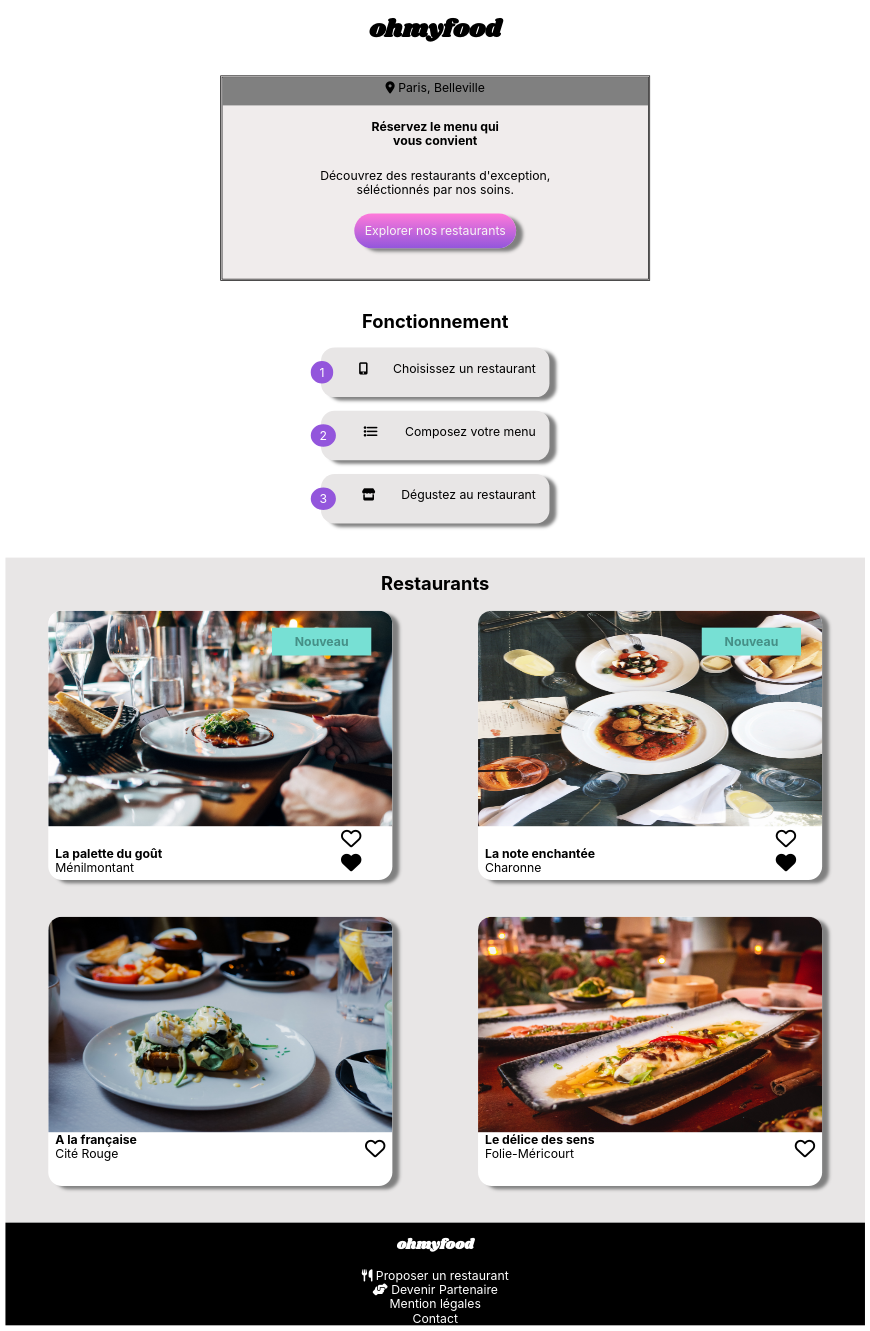
Repository: yacinebouk/ohmyfood
Page: index.html
The author's editor kept a copy of each file at every save. The page is drawn from the files as they stood at one save, then again after the next save.
The browser window is 1280 px wide. The pictures show the whole page, at 68% of full size.
Some web libraries are served in a nearby version. The style sheet was rebuilt from its Sass, Less or Tailwind sources for each picture, by a compiler version that may differ from the author's.

Above is the page before, as saved 2022-07-07 14:25:46.

### index.html
<!DOCTYPE html>
<html lang="fr">

<head>
    <script src="https://kit.fontawesome.com/225bbe1e2d.js" crossorigin="anonymous"></script>
    <meta charset="utf-8" />
    <title>ohmyfood</title>
    <link rel="stylesheet" href="css/styles.css" />
    <meta name="viewport" content="width=device-width, initial-scale=1">

</head>

<body>
    <div class="hide">
        <div class="loader"></div>
    </div>
    <main>
        <header>
            <h1 class="Tittle">ohmyfood</h1>
            <div class="search">
                <div class="town"> <span><i class="fa-solid fa-location-dot"></i></span> Paris, Belleville</div>
                <div class="reservation"> <b> Réservez le menu qui <br> vous convient</b> </div>
                <div class="discover">Découvrez des restaurants d'exception, <br> séléctionnés par nos soins.</div>
                <div class="explore">
                    <span class="explore-text">Explorer nos restaurants</span>
                </div>
            </div>
        </header>
        <section class="section-working">
            <div class="working">
                <h2>Fonctionnement</h2>
                <div class="choose">
                    <div class="number">1</div>
                    <div class="logo-work"> <i class="fa-solid fa-mobile-screen-button"></i></div>
                    <div class="text-work"> Choisissez un restaurant</div>
                </div>
                <div class="compose">
                    <div class="number">2</div>
                    <div class="logo-work"><i class="fa-solid fa-ellipsis-vertical"><i class="fa-solid fa-bars"></i></i>
                    </div>
                    <div class="text-work"> Composez votre menu</div>
                </div>
                <div class="taste">
                    <div class="number">3</div>
                    <div class="logo-work"><i class="fa-solid fa-store"></i>
                    </div>
                    <div class="text-work"> Dégustez au restaurant</div>
                </div>
            </div>
        </section>
        <section class="section-restaurant">
            <div class="restaurant">
                <h2>Restaurants</h2>
                <div class="block-restaurant">
                    <div class="border-restaurant">
                        <div class="block-picture">
                            <div class="new"><b>Nouveau</b></div>
                            <div class="picture-restaurant"> <img src="./images/restaurants/jay-wennington-N_Y88TWmGwA-unsplash.jpg" style="height:100%;width: 100%" alt="Ohmyfood"></div>
                        </div>
                        <div class="block-text">
                            <div class="text">
                                <a href="./palette.html">
                                    <div class="title-restaurant"><b> La palette du goût</b>
                                    </div>
                                    <div class="place-restaurant"> Ménilmontant</div>
                                </a>
                            </div>
                            <div class="heart">
                                <span class="heart-regular"><i class="fa-regular fa-heart"></i></span>
                                <span class="heart solid"><i class="fa-solid fa-heart"></i></span>
                            </div>
                        </div>
                    </div>
                    <div class="border-restaurant">
                        <div class="block-picture">
                            <div class="new"><b>Nouveau</b></div>
                            <div class="picture-restaurant"> <img src="./images/restaurants/stil-u2Lp8tXIcjw-unsplash.jpg" style="height:100%;width: 100%" alt="Ohmyfood"></div>
                        </div>
                        <div class="block-text">
                            <div class="text">
                                <a href="./noteenchanté.html">
                                    <div class="title-restaurant"><b> La note enchantée</b>
                                    </div>
                                    <div class="place-restaurant"> Charonne</div>
                                </a>
                            </div>
                            <div class="heart">
                                <span class="heart-regular"><i class="fa-regular fa-heart"></i></span>
                                <span class="herat solid"><i class="fa-solid fa-heart"></i></span>
                            </div>
                        </div>
                    </div>
                    <div class="border-restaurant">
                        <div class="block-picture">
                            <div class="picture-restaurant"> <img src="./images/restaurants/toa-heftiba-DQKerTsQwi0-unsplash.jpg" style="height:100%;width: 100%" alt="Ohmyfood"></div>
                        </div>
                        <div class="block-text">
                            <div class="text">
                                <a href="./francaise.html">
                                    <div class="title-restaurant"><b>A la française</b>
                                    </div>
                                    <div class="place-restaurant"> Cité Rouge</div>
                                </a>
                            </div>
                            <div class="heart">
                                <span class="heart-solid"><i class="fa-regular fa-heart gradient"></i></span>
                            </div>
                        </div>
                    </div>
                    <div class="border-restaurant">
                        <div class="block-picture">
                            <div class="picture-restaurant"> <img src="./images/restaurants/louis-hansel-shotsoflouis-qNBGVyOCY8Q-unsplash.jpg" style="height:100%;width: 100%" alt="Ohmyfood"></div>
                        </div>
                        <div class="block-text">
                            <div class="text">
                                <a href="./ledélice.html">
                                    <div class="title-restaurant"><b>Le délice des sens</b></div>
                                    <div class="place-restaurant">Folie-Méricourt</div>
                                </a>
                            </div>
                            <div class="heart">
                                <span class="heart-solid"><i class="fa-regular fa-heart gradient"></i></span>
                            </div>
                        </div>
                    </div>
                </div>
            </div>
        </section>
        <footer>
            <div class="frame-end">
                <h3 class="little-tittle">ohmyfood </h3>
                <div class="end">
                    <div class="propose"> <i class="fa-solid fa-utensils"></i> Proposer un restaurant</div>
                    <div class="partner"> <i class="fa-solid fa-handshake-angle"></i> Devenir Partenaire</div>
                    <div class="mention">Mention légales</div>
                    <div class="contact">
                        <a href="mailto:yacineboukhari@hotmail.com">Contact</a></div>
                </div>
            </div>
        </footer>
    </main>
</body>

### style/styles.scss
            main {
                font-size: 18px;
                font-family: -apple-system, BlinkMacSystemFont, 'Segoe UI', Roboto, Oxygen, Ubuntu, Cantarell, 'Open Sans', 'Helvetica Neue', sans-serif;
            }

            @font-face {
                font-family: 'Shrikhand';
                src: url('../language/Shrikhand-Regular.otf');
            }

            h1 {
                font-family: 'Shrikhand';
            }

            h3 {
                font-family: 'Shrikhand';
            }

            h2 {
                text-align: center;
            }

            header {
                text-align: center;
            }

            @mixin shadow {
                box-shadow: grey 10px 5px 5px;
            }

            @mixin block {
                display: flex;
                flex-direction: row;
                justify-content: space-between;
                padding-bottom: 40px;
                @include shadow;
                background-color: rgb(232, 230, 230);
                border-radius: 20px 20px;
                padding: 20px 20px 20px 0px;
                width: 25%;
                margin: auto;
            }

            .logo-img {
                padding-bottom: 20px;
            }

            .search {
                border: double;
                margin-left: 25%;
                margin-right: 25%;
                background-color: rgb(240, 236, 236);
                padding-bottom: 20px;
            }

            .town {
                padding-bottom: 15px;
                border-bottom: lightgray 2px;
                padding-top: 5px;
                background-color: grey;
            }

            .reservation {
                padding-top: 20px;
                padding-bottom: 30px
            }

            .discover {
                padding-bottom: 40px;
            }

            .explore {
                padding-bottom: 40px;
            }

            .explore span {
                @include shadow;
                background: linear-gradient(#FF79DA, #9356DC);
                border-radius: 50px 50px;
                padding: 15px;
                color: #f6f6f6;
            }

            .working {
                padding-top: 20px;
                display: flex;
                justify-content: center;
                flex-direction: column;
            }

            .number {
                border: #9356DC solid;
                border-radius: 50%;
                background-color: #9356DC;
                padding: 3px 10px 3px 10px;
                color: white;
                margin-left: -15px;
            }

            .choose {
                @include block;
                margin-bottom: 20px;
                &:hover {
                    .logo-work {
                        color: #9356DC;
                    }
                    background-color: #d8cee4;
                }
            }

            .compose {
                @include block;
                margin-bottom: 20px;
                &:hover {
                    .logo-work {
                        color: #9356DC;
                    }
                    background-color: #d8cee4;
                }
            }

            .taste {
                @include block;
                margin-bottom: 50px;
                &:hover {
                    .logo-work {
                        color: #9356DC;
                    }
                    background-color: #d8cee4;
                }
            }

            .section-restaurant {
                display: flex;
                flex-direction: column;
                background-color: rgb(232, 230, 230);
            }

            h1 {
                text-align: center;
                padding-bottom: 20px;
            }

            .block-restaurant {
                display: flex;
                flex-wrap: wrap;
                height: 900px;
                width: 100%;
                justify-content: space-around;
            }

            .border-restaurant {
                width: 40%;
                height: 44%;
                overflow: hidden;
                @include shadow;
                background-color: white;
                border-radius: 20px 20px;
            }

            .picture-restaurant {
                height: 80%;
            }

            .text {
                padding-left: 10px;
                display: flex;
                flex-direction: column;
                width: 100%;
            }

            .text a {
                text-decoration: none black;
                color: black;
            }

            .block-text {
                display: flex;
                place-items: flex-end;
                justify-content: space-between;
            }

            .heart {
                font-size: 30px;
                margin-right: 10px;
                position: relative;
            }

            .gradient {
                cursor: pointer;
                &:visited {
                    -webkit-background-clip: text;
                    font-weight: 900;
                    background-image: linear-gradient(#9356DC, #FF79DA);
                    -webkit-text-fill-color: transparent;
                    animation: 3s colorin;
                }
            }

            @keyframes colorin {
                0% {
                    opacity: 0;
                }
                100% {
                    opacity: 1;
                }
            }

            @keyframes colorout {
                0% {
                    opacity: 1;
                }
                100% {
                    opacity: 0;
                }
            }

            @keyframes fadeIn {
                0% {
                    visibility: visible;
                    opacity: 1;
                }
                100% {
                    visibility: hidden;
                    opacity: 0;
                }
            }

            .loader {
                border: 10px solid #f3f3f3;
                border-top: 10px solid red;
                border-bottom: 10px solid blue;
                border-radius: 50%;
                width: 100px;
                height: 100px;
                margin: auto;
                position: absolute;
                top: 0;
                left: 0;
                right: 0;
                bottom: 0;
                -webkit-animation: spin 1.5s linear infinite;
                -o-animation: spin 1.5s linear infinite;
                animation: spin 1.5s linear infinite;
            }

            .hide {
                animation: 2s fadeIn;
                animation-fill-mode: forwards;
            }

            main {
                animation: 2s fadeOut;
            }

            @keyframes fadeOut {
                0% {
                    visibility: hidden;
                    opacity: 0;
                }
                100% {
                    visibility: visible;
                    opacity: 1;
                }
            }

            @keyframes fadeIn {
                0% {
                    visibility: visible;
                    opacity: 1;
                }
                100% {
                    visibility: hidden;
                    opacity: 0;
                }
            }

            @keyframes spin {
                0% {
                    transform: rotate(0deg);
                }
                100% {
                    transform: rotate(360deg);
                }
            }

            .frame-end {
                text-align: center;
                background-color: black;
                color: white;
                display: flex;
                flex-direction: column;
            }

            .little-picture {
                height: 20px;
            }

            .contact a {
                text-decoration: none white;
                color: white;
            }

            .block-picture {
                position: relative;
                height: 80%;
            }

            .picture-restaurant {
                height: 100%;
            }

            .new {
                color: rgb(69, 143, 134);
                background-color: rgb(119, 224, 212);
                width: 25%;
                position: absolute;
                text-align: center;
                margin-left: 65%;
                margin-top: 5%;
                padding: 10px;
            }

            @media screen and (min-width: 320px) and (max-width: 768px) {
                main {
                    font-size: 20px;
                }
                body {
                    margin: 0;
                    width: 100%;
                }
                header {
                    width: 100%;
                }
                .logo-img {
                    padding-bottom: 10px;
                }
                .search {
                    border: none;
                    margin: 0;
                    width: 100%;
                }
                .town {
                    padding-top: 5px;
                    background-color: rgb(216, 214, 214);
                    border-bottom: none;
                    border-top: solid 2px grey;
                }
                .reservation {
                    font-size: 24px;
                    padding-bottom: 20px;
                }
                h1 {
                    text-align: center;
                }
                h2 {
                    text-align: initial;
                }
                h3 {
                    margin-left: 20px;
                }
                .working {
                    margin-left: 20px;
                }
                .choose {
                    margin-left: 0;
                    width: 90%;
                }
                .compose {
                    margin-left: 0;
                    width: 90%;
                }
                .taste {
                    margin-left: 0;
                    width: 90%;
                }
                .restaurant {
                    margin-left: 20px;
                }
                .block-restaurant {
                    height: auto;
                    justify-content: unset;
                }
                .border-restaurant {
                    width: 95%;
                    height: 40%;
                    margin-bottom: 20px;
                }
                .picture-restaurant {
                    height: 200px;
                    width: 100%;
                }
                .block-text {
                    padding: 10px;
                }
                .frame-end {
                    text-align: initial;
                }
                .end {
                    display: flex;
                    justify-content: space-around;
                    flex-direction: column;
                    margin-left: 20px;
                }
                .contact {
                    padding-bottom: 20px;
                }
            }

            @media screen and (min-width: 769px) and (max-width: 991px) {
                .choose {
                    width: 32%;
                    margin-left: 34%;
                }
                .compose {
                    width: 32%;
                    margin-left: 34%;
                }
                .taste {
                    width: 32%;
                    margin-left: 34%;
                }
            }

After the next save:
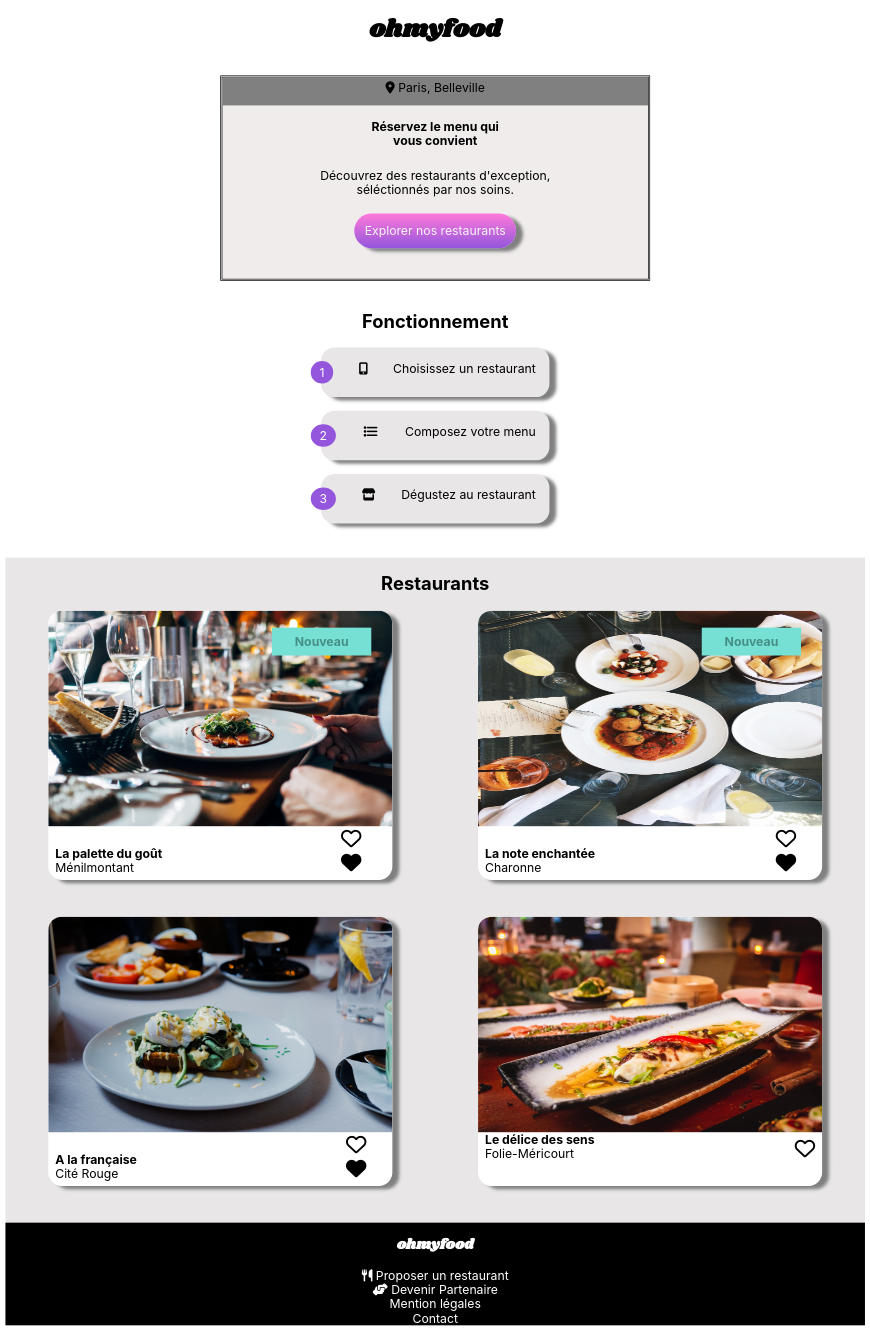
Saved 5 s later.
--- a/index.html
+++ b/index.html
@@ -103,7 +103,8 @@
                                 </a>
                             </div>
                             <div class="heart">
-                                <span class="heart-solid"><i class="fa-regular fa-heart gradient"></i></span>
+                                <span class="heart-regular"><i class="fa-regular fa-heart"></i></span>
+                                <span class="herat solid"><i class="fa-solid fa-heart"></i></span>
                             </div>
                         </div>
                     </div>
